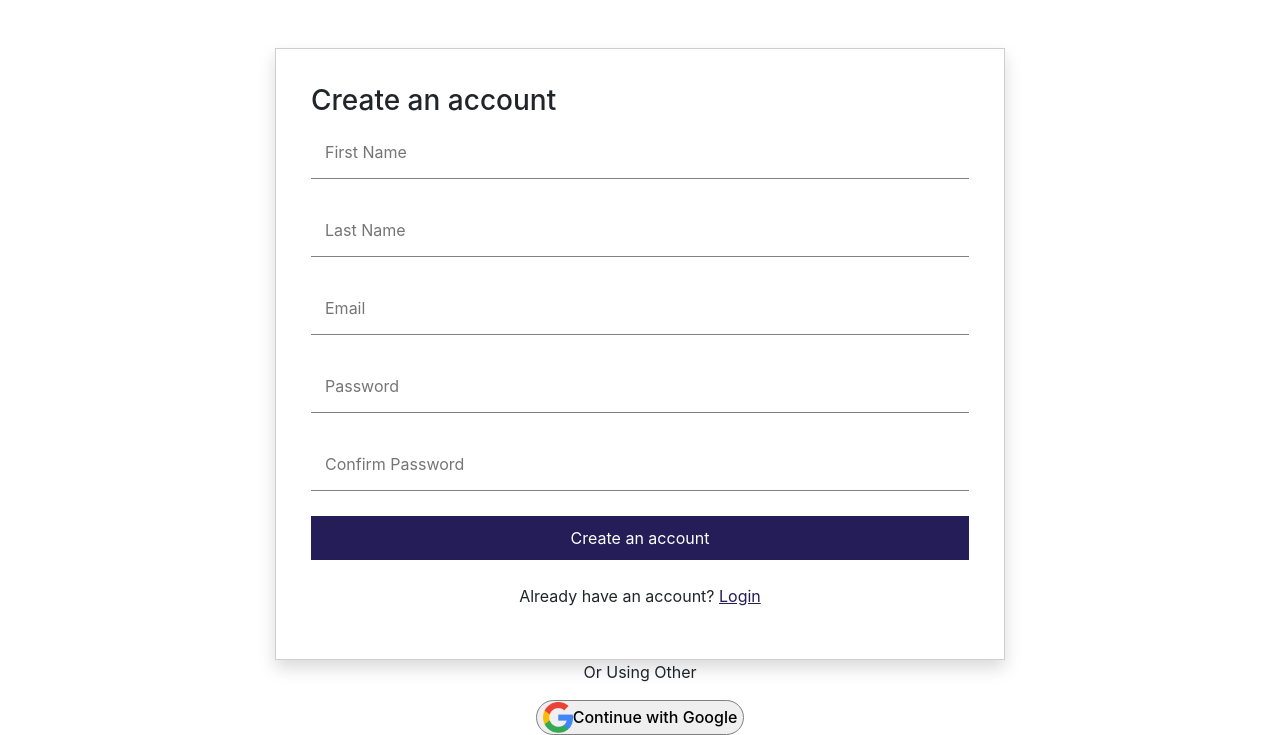
Repository: arif286/home-decoration-client-site
Page: /login
An editor plug-in stored every save of this project. The page is shown before and after the next save, followed by the edit.
The browser window is 1280 px wide. The pictures show the whole page.
The project was rebuilt for these pictures with package versions that can differ from the ones it lists, and the page was loaded fresh each time. Also part of the build but not shown: src/components/HomePage/AboutUs/AboutUs.css, src/components/HomePage/NavBar/NavBar.css, src/components/HomePage/NavBar/NavBar.js, src/components/HomePage/Header/Header.css, src/components/HomePage/Header/Header.js, src/components/HomePage/Project/Project.js, src/components/HomePage/ServiceCard/ServiceCard.js, src/components/HomePage/Service/Service.js and 4 more.

Above is the page before, as saved 2021-04-15 05:28:52.

### src/App.js
import "bootstrap/dist/css/bootstrap.min.css";
import React from "react";
import { BrowserRouter as Router, Route, Switch } from "react-router-dom";
import Home from "./components/HomePage/Home/Home";
import SignUp from "./components/LoginPage/SignUp/SignUp";
function App() {
  return (
    <div>
      <Router>
        <Switch>
          <Route path='/home'>
            <Home/>
          </Route>
          <Route path='/login'>
            <SignUp/>
          </Route>
          <Route exact path='/'>
            <Home/>
          </Route>
        </Switch>
      </Router>
    </div>
  );
}

export default App;

### src/components/LoginPage/SignUp/SignUp.js
import React, { useRef, useState } from "react";
import { Col, Container, Row } from "react-bootstrap";
import { useForm } from "react-hook-form";
import GoogleLogin from "../GoogleLogin/GoogleLogin";
import Login from "../Login/Login";
import "./SignUp.css";

const SignUp = () => {
  const [toggle, setToggle] = useState(false);
  const {
    register,
    handleSubmit,
    watch,
    formState: { errors },
  } = useForm();
  const password = useRef({});
  password.current = watch("password", "");
  const onSubmit = (data) => console.log(data);

  return (
    <Container className="mt-5">
      <Row className="justify-content-center">
        <Col xs={10} md={8}>
          {!toggle ? (
            <form
              className="login-form shadow"
              onSubmit={handleSubmit(onSubmit)}
            >
              <h3>Create an account</h3>
              <input
                type="text"
                {...register("firstName", { required: true })}
                placeholder="First Name"
              />

              <input
                type="text"
                {...register("lastName", { required: true })}
                placeholder="Last Name"
              />

              <input
                type="email"
                {...register("email", { required: true })}
                placeholder="Email"
              />
              <input
                type="password"
                {...register("password", { required: true })}
                placeholder="Password"
              />
              <input
                type="password"
                {...register("confirmation", {
                  validate: (value) =>
                    value === password.current || "password do not match",
                })}
                placeholder="Confirm Password"
              />
              {errors.confirmation && <p>{errors.confirmation.message}</p>}

              <button type="submit" className="w-100 submit-btn">
                Create an account
              </button>
              <p className="text-center mt-4">
                Already have an account?{" "}
                <span
                  onClick={() => {
                    setToggle(true);
                  }}
                >
                  Login
                </span>
              </p>
            </form>
          ) : (
            <Login setToggle={setToggle} />
          )}
        </Col>
          </Row>
          <GoogleLogin/>
    </Container>
  );
};

export default SignUp;

### src/components/HomePage/AboutUs/AboutUs.js
import { faCheckCircle } from "@fortawesome/free-solid-svg-icons";
import { FontAwesomeIcon } from "@fortawesome/react-fontawesome";
import React from "react";
import { Col, Container, Row } from "react-bootstrap";
import architects from "../../../home-decoration/Image_Icon/Image/architect.jpg";
import "./AboutUs.css";

const checkBox = <FontAwesomeIcon icon={faCheckCircle} />;

const AboutUs = () => {
  return (
    <Container className="mt-5">
      <h1 className="text-center mb-4">About Us</h1>
      <Row className="row-cols-1 row-cols-md-2">
        <Col className="pb-4">
          <img
            style={{ objectFit: "cover" }}
            className="w-100 h-100"
            src={architects}
            alt=""
          />
        </Col>
        <Col className="pb-4 about-us">
          <p className="welcome-text">
            <small>WELCOME TO OUR AGENCY</small>
          </p>
          <h5>MOST EXPERIENCED BUILDERS ARCHITECTS & DESIGNERS</h5>
          <p style={{ color: "#C0AC95", fontStyle: "italic", fontWeight: 500 }}>
            We're building everything you always needed in architect
          </p>

          <p>
            Lorem ipsum dolor sit amet, consectetur notted adipisicing elit sed
            do eiusmod tempor incididunt by injected humou or randomised simply
            not wisdome to do that avail words even slightly believable.
          </p>
          <div>
            <p>
              <span>{checkBox}</span>Lorem Ipsum is not simply random text
            </p>
            <p>
              <span>{checkBox}</span>Making this the first true on Internet
            </p>
            <p>
              <span>{checkBox}</span>There are slighly believable words
            </p>
            <p>
              <span>{checkBox}</span>If you are going to use passage
            </p>
          </div>
        </Col>
      </Row>
    </Container>
  );
};

export default AboutUs;

### src/components/LoginPage/GoogleLogin/GoogleLogin.js
import React from 'react';
import Google from '../../../home-decoration/Image_Icon/Icon/Group 573.png';
import './GoogleLogin.css';
const GoogleLogin = () => {
    const handleGoogleLogin = () => {
        console.log('click me')
    }
    return (
      <div style={{ textAlign: "center" }}>
        <p>Or Using Other</p>
        <button onClick={() => handleGoogleLogin()} className="login-btn">
          <img src={Google} alt="" />
          <p className="login-title">Continue with Google</p>
        </button>
      </div>
    );
};

export default GoogleLogin;

### src/components/LoginPage/SignUp/SignUp.css
.login-form input {
  width: 100%;
  padding: 14px;
  border: none;
  border-bottom: 1px solid gray;
  margin-bottom: 25px;
  outline: none;
}
.submit-btn {
  border: none;
  outline: none;
  padding: 10px 0px;
  background-color: #251d58;
  color: white;
  font-weight: 400;
}

.login-form {
  border: 1px solid #837b7b61;
  padding: 35px;
}
.login-form span {
  text-decoration: underline;
  color: #251d58;
  cursor: pointer;
}
.reset-password {
  text-decoration: underline;
  color: #251d58;
  font-weight: 500;
}
.reset-password:hover {
  color: #251d58;
  cursor: pointer;
}

### src/components/LoginPage/GoogleLogin/GoogleLogin.css
.login-btn {
  display: flex;
  max-width: 350px;
  border-radius: 50px;
  border: 0.5px solid gray;
  outline: none;
  margin: auto;
}
.login-btn img {
  width: 30px;
}
.login-title {
  margin: auto;
  font-weight: 500;
}

Loaded but not shown: public/index.html (common file); src/index.js (common file); src/index.css (common file); src/reportWebVitals.js (common file)

After the next save:
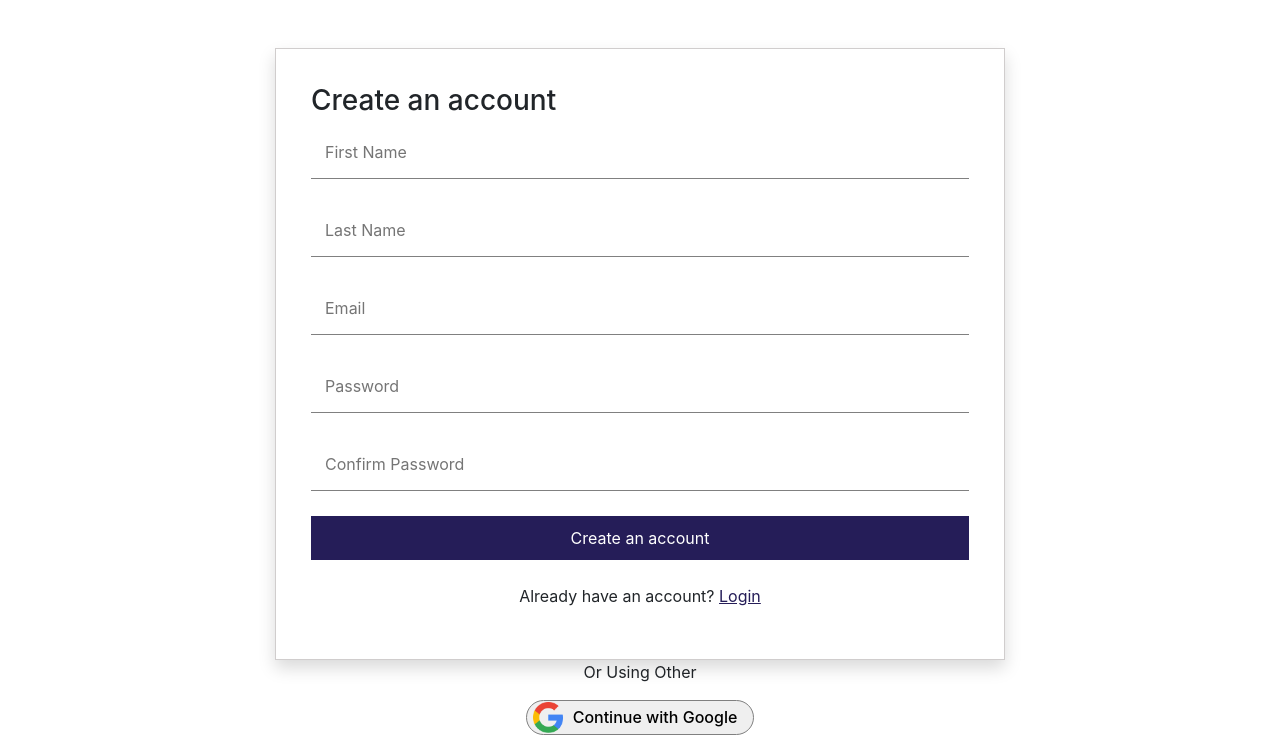
Saved 25 s later.
--- a/src/components/LoginPage/GoogleLogin/GoogleLogin.css
+++ b/src/components/LoginPage/GoogleLogin/GoogleLogin.css
@@ -12,4 +12,5 @@
 .login-title {
   margin: auto;
   font-weight: 500;
+  padding: 0px 10px;
 }
